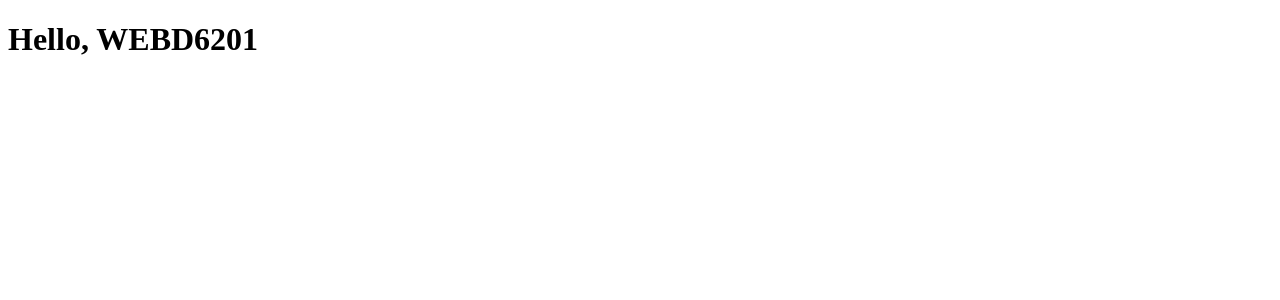
Repository: deividwsantoss/WEBD6201-W2021-Week1-lab1
Page: index.html
The author's editor kept a copy of each file at every save. The page is drawn from the files as they stood at one save, then again after the next save.
The browser window is 1280 px wide. The pictures show the whole page.

Above is the page before, as saved 2021-02-01 15:17:28.

### index.html
<!DOCTYPE html>
<html lang="en">
<head>
    <meta charset="UTF-8">
    <meta name="viewport" content="width=device-width, initial-scale=1.0">
    <title>Hello, World!</title>
    <!-- CSS SEction -->
    <link rel="stylesheet" href="./Content/app.css">
</head>
<body>
        <div>
            <h1>Hello, WEBD6201</h1>
        </div>


    <!-- JavaScript Section -->
        <script src="./Scripts/app.js"></script>
</body>
</html>

### Content/app.css
/* Custom css goes here */

Loaded but not shown: Scripts/app.js (no stored copy; drawn as an empty file)

After the next save:
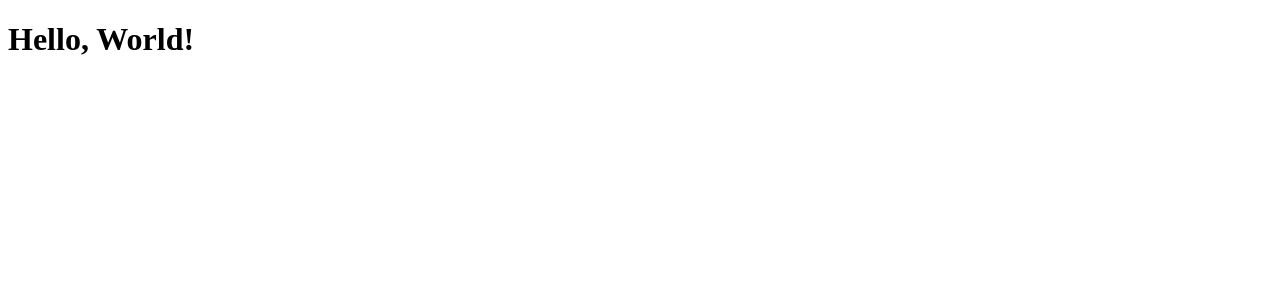
Saved 96 s later.
--- a/index.html
+++ b/index.html
@@ -9,7 +9,7 @@
 </head>
 <body>
         <div>
-            <h1>Hello, WEBD6201</h1>
+            <h1>Hello, World!</h1>
         </div>
 
 
